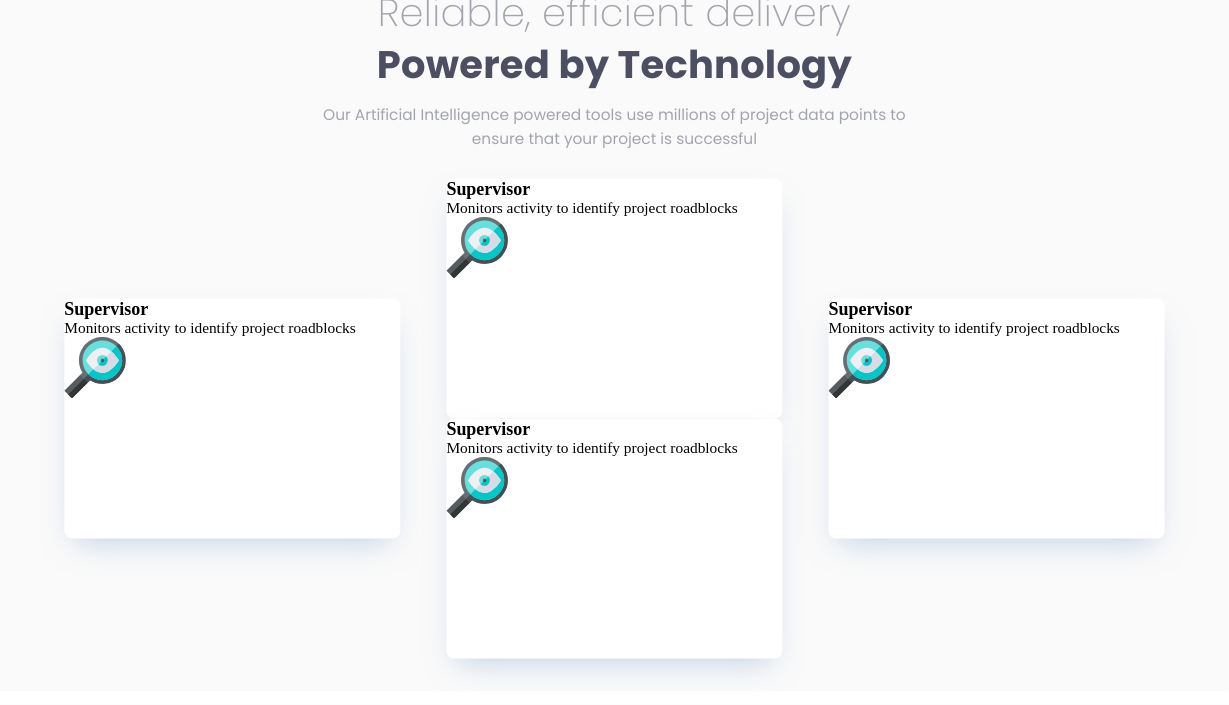
Repository: brandontaylor1/four-card-feature
Page: index.html
An editor plug-in stored every save of this project. The page is shown before and after the next save, followed by the edit.
The browser window is 1280 px wide. The pictures show the whole page, at 96% of full size.

Above is the page before, as saved 2025-01-09 23:04:10.

After the next save:
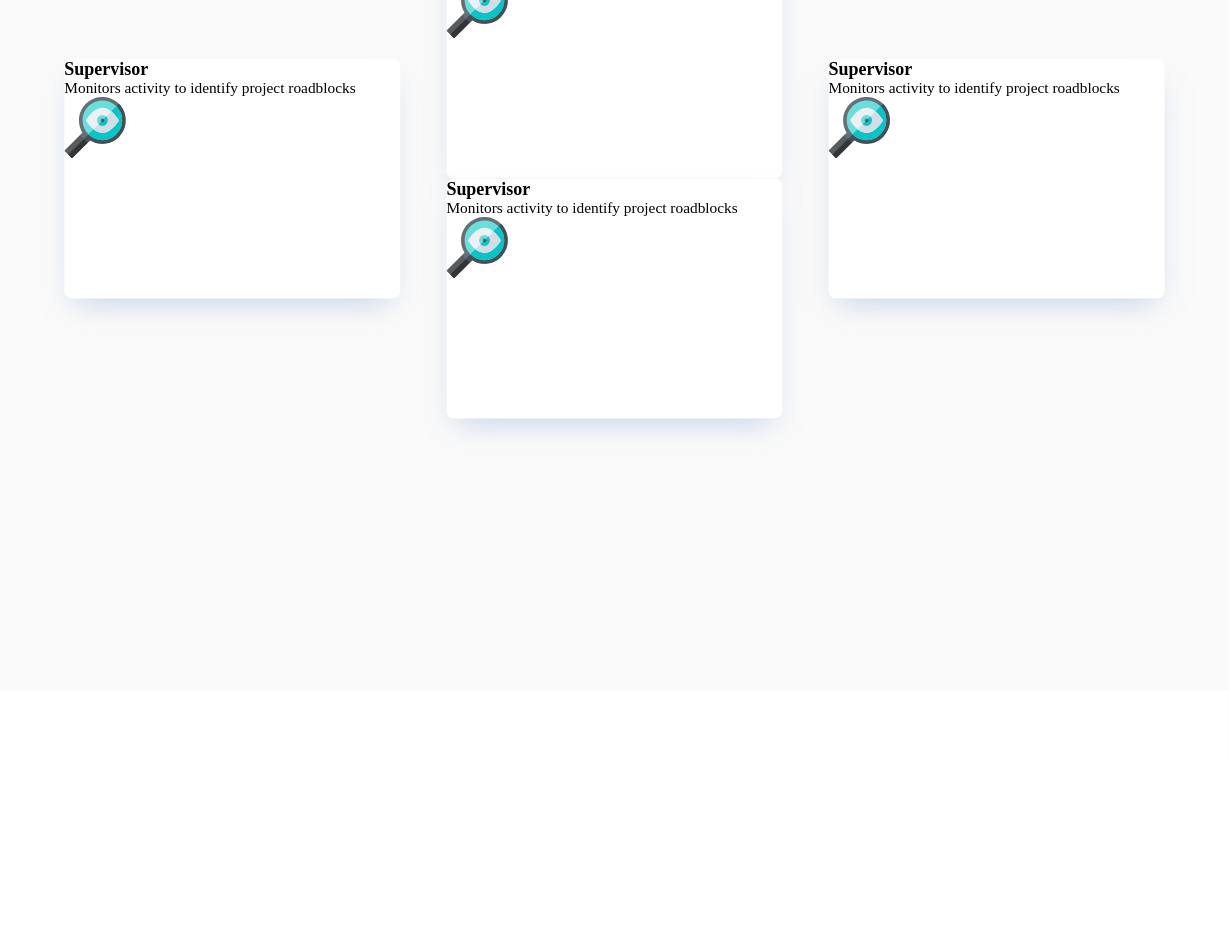
Saved 52 s later.
--- a/styles.css
+++ b/styles.css
@@ -68,7 +68,7 @@
     justify-content: center;
     align-items: center;
     grid-template-columns: repeat(3, 1fr);
-    grid-template-rows: repeat(2, auto);
+    grid-template-rows: repeat(2, 1fr);
     gap: 3rem;
 }
 
